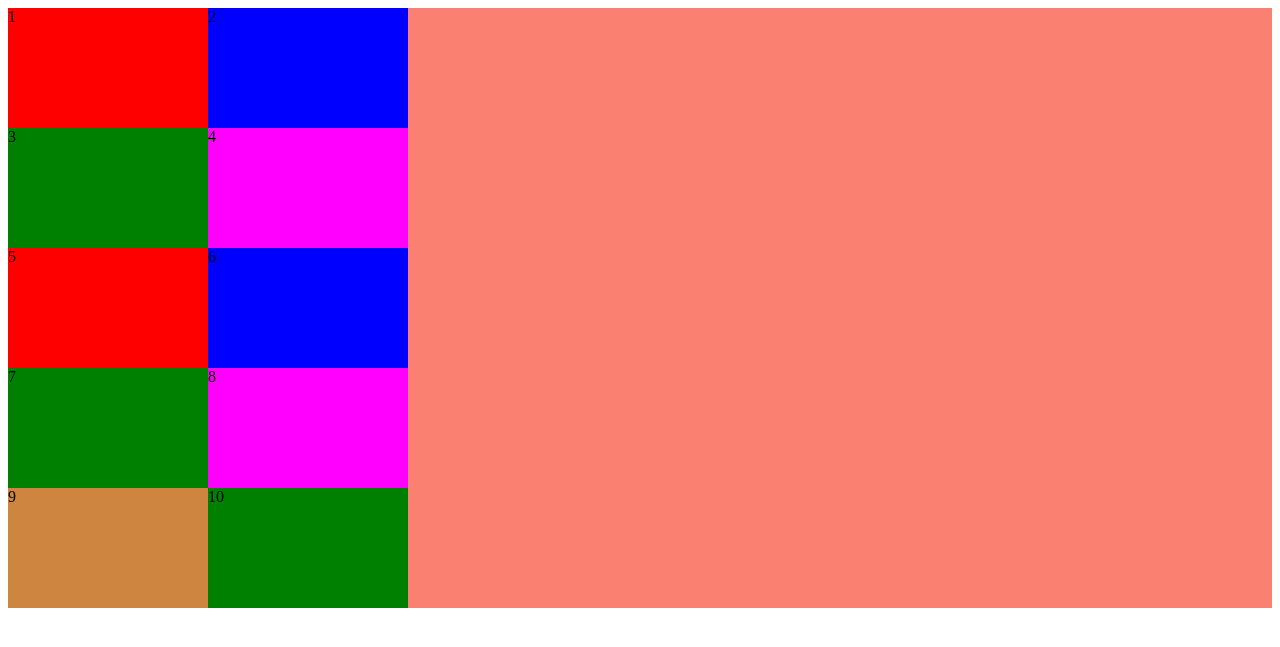
Repository: DinkarRavi/Dinkar_Coding
Page: 22aug24/grid.html
An editor plug-in stored every save of this project. The page is shown before and after the next save, followed by the edit.
The browser window is 1280 px wide. The pictures show the whole page.

Above is the page before, as saved 2024-08-22 15:03:44.

After the next save:
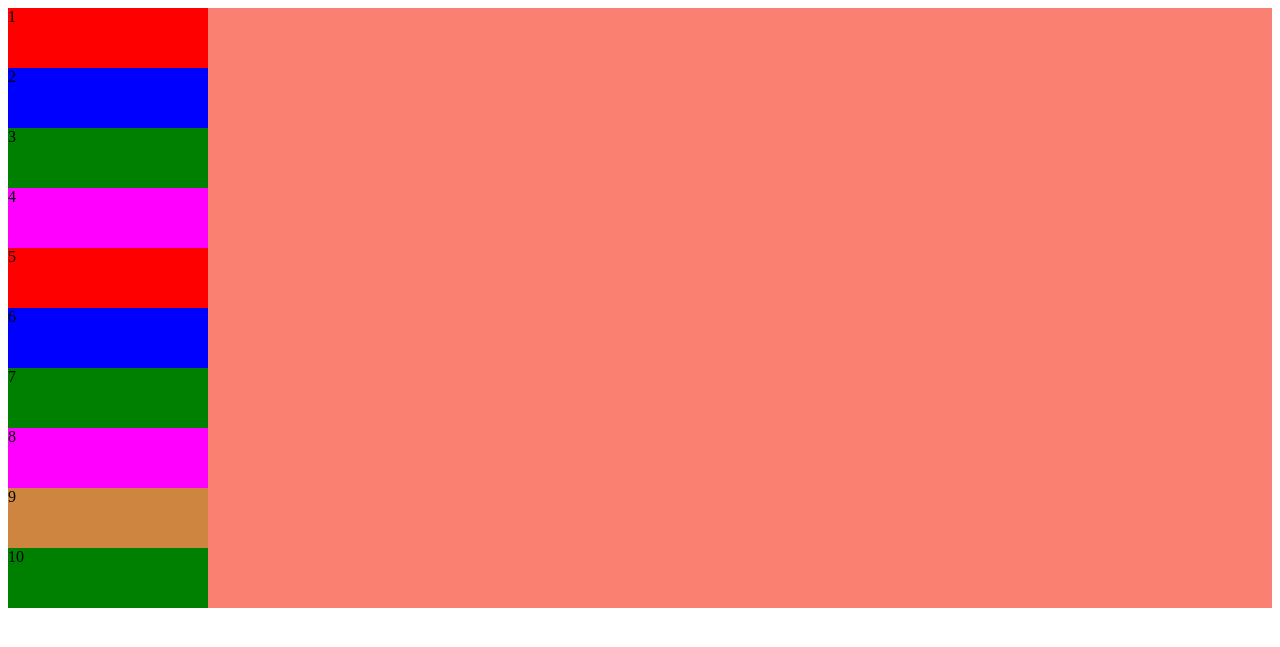
Saved 72 s later.
--- a/22aug24/grid.css
+++ b/22aug24/grid.css
@@ -5,7 +5,7 @@
 background-color: salmon;
 height: 600px;
 display: grid;
-grid-template-columns: 200px 200px;
+grid-template-columns: 200px;
 }
 div{
 div:nth-child(1) {
